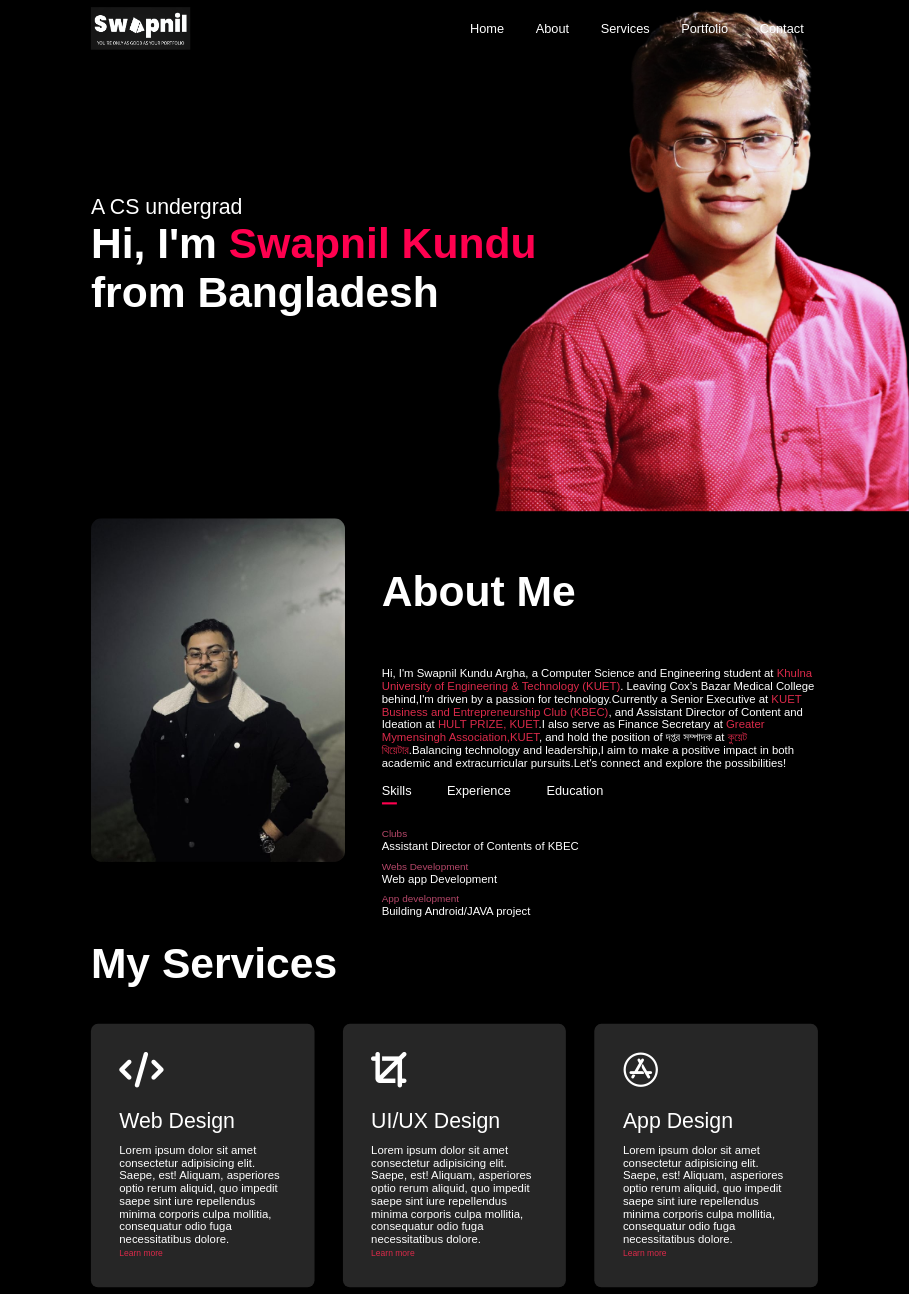
Repository: SwapnilKundu/portfolio
Page: index.html
An editor plug-in stored every save of this project. The page is shown before and after the next save, followed by the edit.
The browser window is 1280 px wide. The pictures show the whole page, at 71% of full size.
Some web libraries are served in a nearby version.

Above is the page before, as saved 2024-01-20 10:21:19.

After the next save:
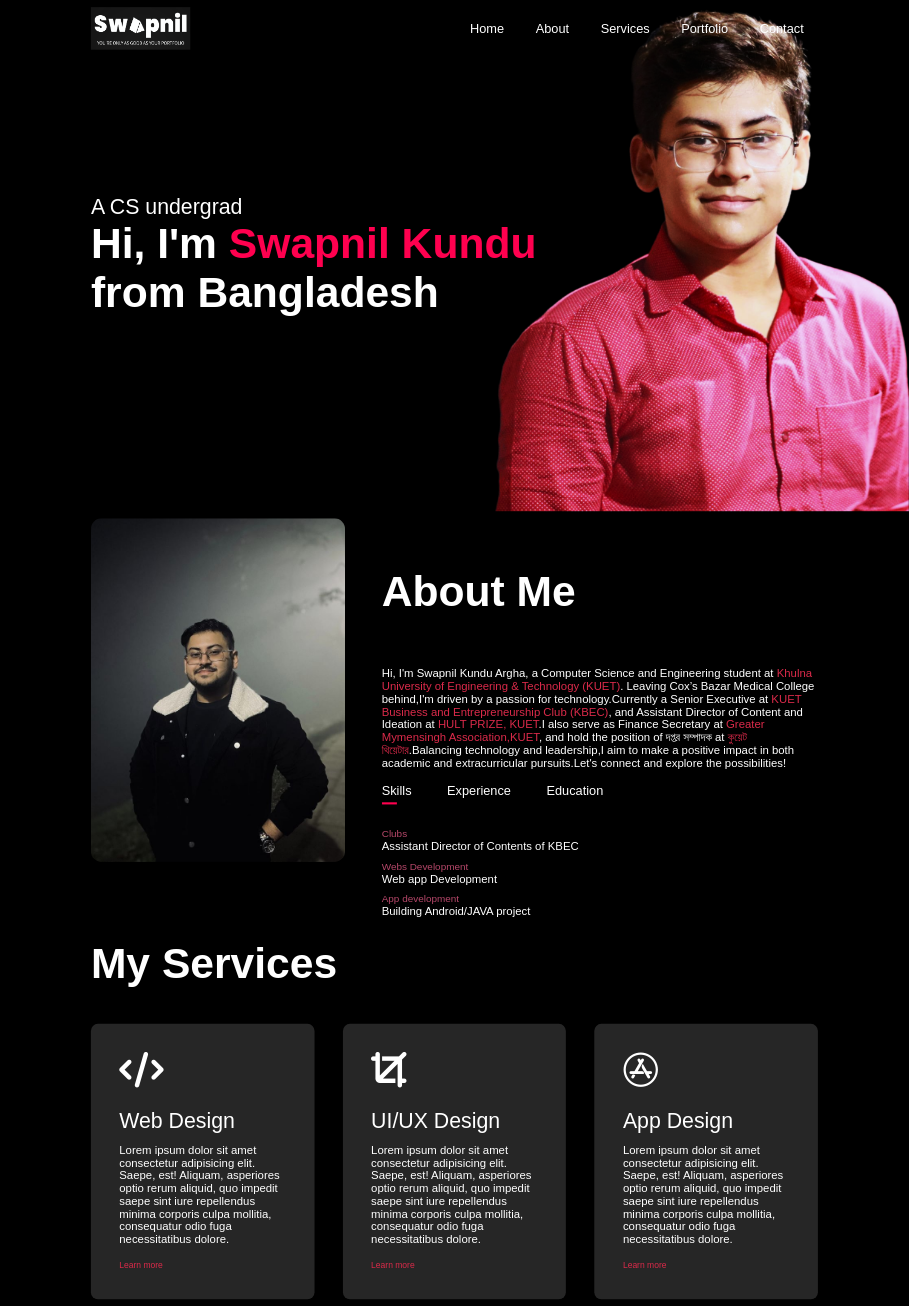
Saved 7 s later.
--- a/style.css
+++ b/style.css
@@ -205,5 +205,5 @@ nav ul li a:hover::after
     color:#fff;
     font-size: 12px;
     margin-top: 20px;
-    display
-}
+    display: inline-block;
+}
